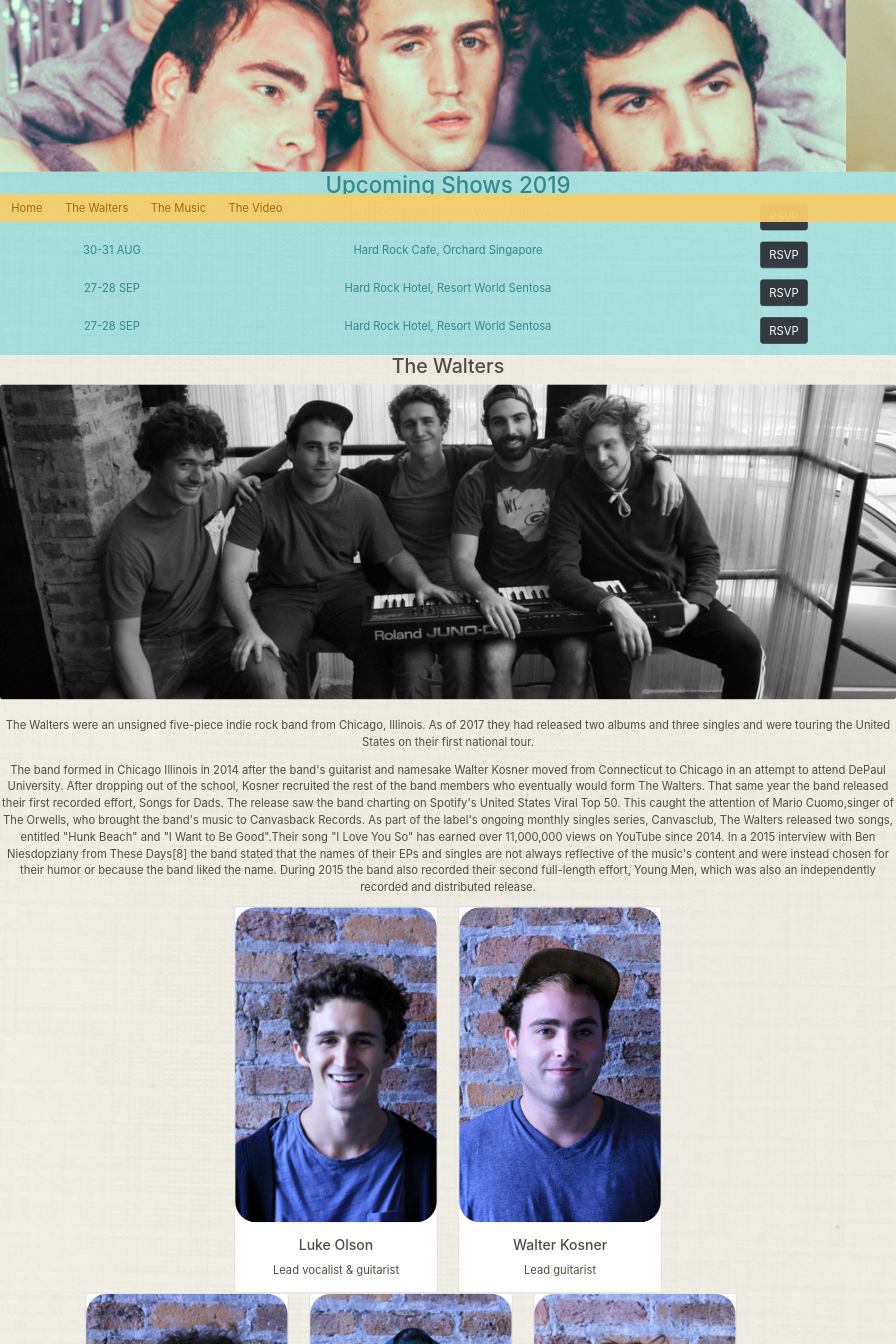
Repository: yucheng91/CIassignment1
Page: index.html
The author's editor kept a record of every edit. The page is drawn from the files as they stood at one moment, then again after the next edit.
The browser window is 1280 px wide. The pictures show the part of the page from y = 403 to 2323 px (the page is 4015 px tall before and 4025 px after), at 70% of full size.

Above is the page before.

After the next edit:
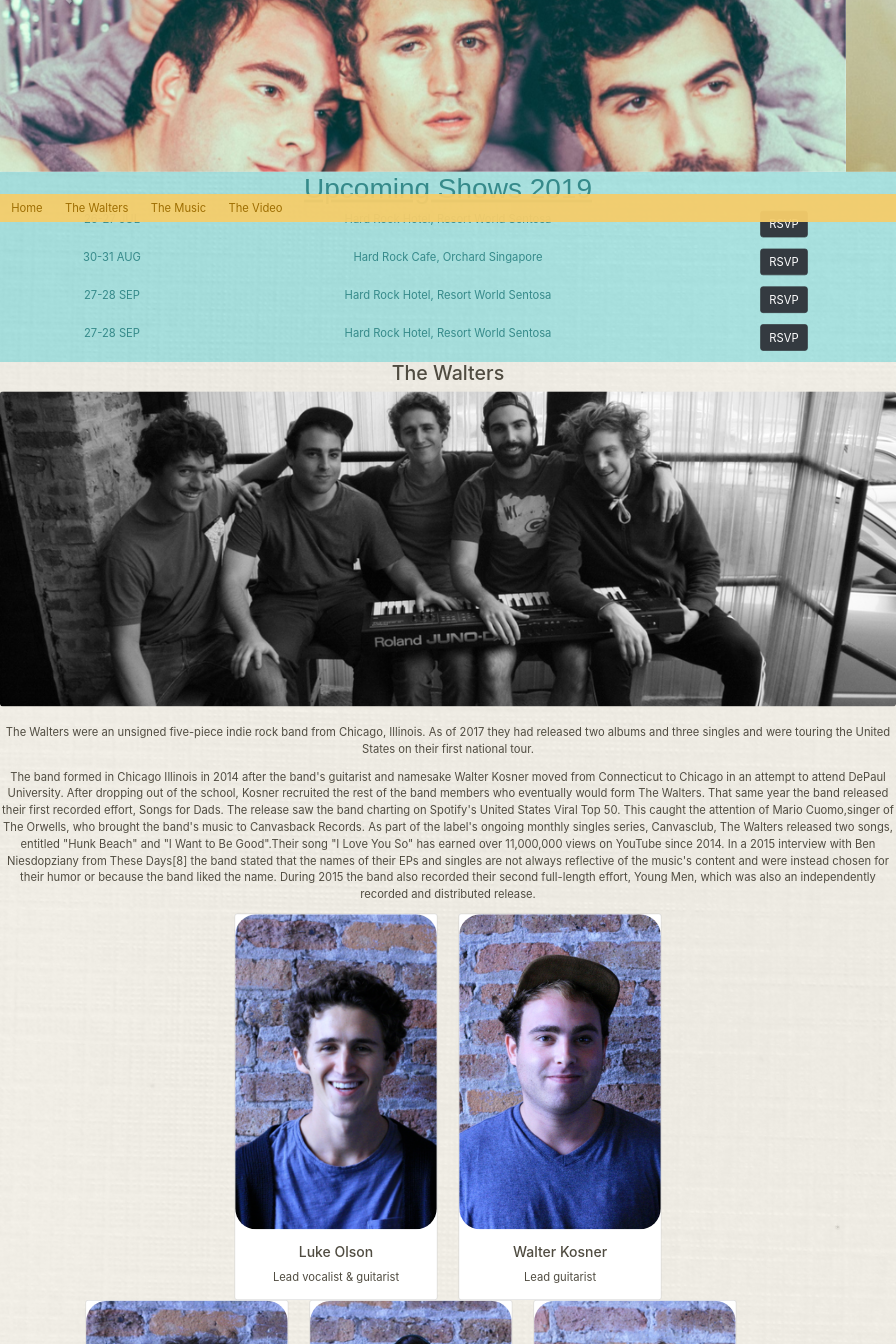
The edit:
--- a/index.html
+++ b/index.html
@@ -59,7 +59,7 @@
 
   <section id="upcomingshow">
     <div>
-      <h2>Upcoming Shows 2019</h2>
+      <h1>Upcoming Shows 2019</h1>
       <div class="container-fluid">
         <div class="row">
           <div class="col-12 col-md-3">
